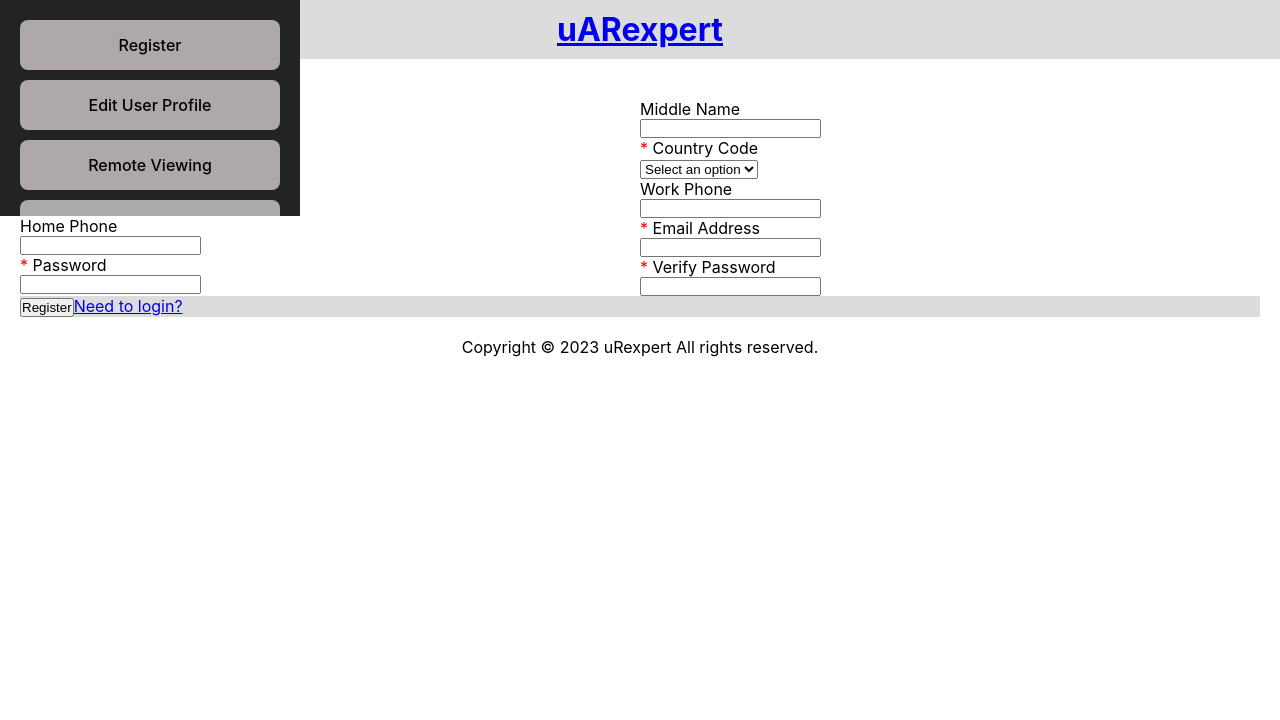
Repository: onionNguyen/Senior-Design-Project
Page: /register (app in frontend/)
An editor plug-in stored every save of this project. The page is shown before and after the next save, followed by the edit.
The browser window is 1280 px wide. The pictures show the whole page.
The page's requests for data from a server got no answer. The project was rebuilt for these pictures with package versions that can differ from the ones it lists, and the page was loaded fresh each time. No one was signed in, and anything a server would have sent is missing. Also part of the build but not shown: frontend/src/components/pages/edit-user-profile/EditProfile.module.css, frontend/src/components/pages/edit-user-profile/EditProfile.js, frontend/src/components/pages/login/Login.module.css, frontend/src/components/pages/login/Login.js, frontend/src/components/pages/home/Home.module.css, frontend/src/components/pages/error/Unauthorized.js, frontend/src/components/pages/home/Home.js, frontend/src/components/pages/error/NotFound.js and 2 more.

Above is the page before, as saved 2023-10-27 03:22:56.

### frontend/src/index.css
* {
  box-sizing: border-box;
  margin: 0;
  padding: 0;
}

body {
  font-family: -apple-system, BlinkMacSystemFont, "Segoe UI", "Roboto", "Oxygen",
    "Ubuntu", "Cantarell", "Fira Sans", "Droid Sans", "Helvetica Neue",
    sans-serif;
  -webkit-font-smoothing: antialiased;
  -moz-osx-font-smoothing: grayscale;
}

code {
  font-family: source-code-pro, Menlo, Monaco, Consolas, "Courier New",
    monospace;
}

### frontend/src/App.js
import { BrowserRouter as Router, Routes, Route } from "react-router-dom";
import EditProfile from "./components/pages/edit-user-profile/EditProfile";
import Login from "./components/pages/login/Login";
import Home from "./components/pages/home/Home";
import Register from "./components/pages/registration/Register";
import { AuthContext } from "./helpers/AuthContext";
import { useState, useEffect } from "react";
import axios from "axios";
import NotFound from "./components/pages/error/NotFound";
import Calendar from "./components/pages/calendar/Calendar";
import RemoteViewing from "./components/pages/remote-viewing/RemoteViewing";

function App() {
  const [authState, setAuthState] = useState({
    id: 0,
    name: "",
    email: "",
    status: false,
  });

  useEffect(() => {
    axios
      .get("http://localhost:5000/auth", {
        headers: {
          accessToken: localStorage.getItem("accessToken"),
        },
      })
      .then((response) => {
        console.log(response.data);
        if (response.data.error) {
          setAuthState({
            ...authState,
            status: false,
          });
        } else {
          setAuthState({
            id: response.data.id,
            name: response.data.name,
            email: response.data.email,
            status: true,
          });
        }
      });
  }, [authState]);

  return (
    <AuthContext.Provider value={{ authState, setAuthState }}>
      <Router>
        <Routes>
          <Route path="/" exact element={<Home />} />
          <Route path="/register" exact element={<Register />} />
          <Route path="/login" exact element={<Login />} />
          <Route path="/profile/edit" exact element={<EditProfile />} />
          <Route path="/calendar" exact element={<Calendar />} />
          <Route path="/remote-viewing" exact element={<RemoteViewing />} />
          <Route path="*" exact element={<NotFound />} />
        </Routes>
      </Router>
    </AuthContext.Provider>
  );
}

export default App;

### frontend/src/components/pages/registration/Register.js
import React, { useState, useEffect } from "react";
import { useNavigate } from "react-router-dom";
import axios from "axios";
import Footer from "../../footer/Footer";
import Header from "../../header/Header";
import SideNav from "../../sidenav/SideNav";
import Input from "../../form/Input";
import styles from "./Register.module.css";
import IndicatesRequired from "../../form/IndicatesRequired";
import MessageRibbon from "../../form/MessageRibbon";

const Register = () => {
  const navigate = useNavigate();

  const [formData, setFormData] = useState({
    first_name: "",
    middle_name: "",
    last_name: "",
    country_name: "",
    mobile_phone: "",
    work_phone: "",
    home_phone: "",
    email: "",
    password: "",
    verify_password: "",
  });

  const [errorMessages, setErrorMessages] = useState([]);

  const [countryCodes, setCountryCodes] = useState([]);

  useEffect(() => {
    axios
      .get("http://localhost:5000/countries")
      .then((response) => {
        setCountryCodes(response.data.countries);
      })
      .catch((error) => {
        console.error("Error fetching country codes:", error);
      });
  }, []);

  const handleInputChange = (event) => {
    const { name, value } = event.target;
    console.log(value);
    setFormData({ ...formData, [name]: value });
  };

  const isValidEmail = (email) => {
    const emailPattern = /^[a-zA-Z0-9._%+-]+@[a-zA-Z0-9.-]+\.[a-zA-Z]{2,}$/;
    return emailPattern.test(email);
  };

  const isValidPhoneNumber = (phoneNumber) => {
    const phonePattern = /^[0-9]{10}$/;
    return phonePattern.test(phoneNumber);
  };

  const handleSubmit = (event) => {
    event.preventDefault();
    console.log(formData);

    const errors = [];

    const fieldToLablesMap = {
      first_name: "First name",
      middle_name: "Middle name",
      last_name: "Last name",
      country_name: "Country code",
      mobile_phone: "Mobile phone",
      work_phone: "Work phone",
      home_phone: "Home phone",
      email: "Email address",
      password: "Password",
      verify_password: "Verify password",
    };

    // Validation for required fields
    const requiredFields = [
      "first_name",
      "last_name",
      "country_name",
      "mobile_phone",
      "email",
      "password",
      "verify_password",
    ];

    requiredFields.forEach((field) => {
      if (!formData[field]) {
        errors.push(`${fieldToLablesMap[field]} is required.`);
      }
    });

    // Validation for field lengths
    const fieldsToCheckLength = [
      "first_name",
      "middle_name",
      "last_name",
      "email",
      "password",
      "verify_password",
    ];
    fieldsToCheckLength.forEach((field) => {
      if (formData[field] && formData[field].length > 50) {
        errors.push(
          `${fieldToLablesMap[field]} must be 50 characters or less.`
        );
      }
    });

    // Validation for phone numbers (mobile, work, home)
    const phoneFields = ["mobile_phone", "work_phone", "home_phone"];
    phoneFields.forEach((field) => {
      if (
        formData[field] &&
        (formData[field].length > 10 || !isValidPhoneNumber(formData[field]))
      ) {
        errors.push(
          `${fieldToLablesMap[field]} must be 10 characters or less and valid.`
        );
      }
    });

    // Validation for email
    if (formData.email && !isValidEmail(formData.email)) {
      errors.push("Invalid email address.");
    }

    // Validation for password and verify_password
    if (formData.password !== formData.verify_password) {
      errors.push("Passwords do not match.");
    }

    console.log(errors);
    if (errors.length === 0) {
      axios
        .post("http://localhost:5000/register", formData)
        .then((response) => {
          console.log(response.data);
          navigate("/login");
        })
        .catch((error) => {
          console.error("Error registering user:", error);
        });
      setErrorMessages([]);
      setFormData({
        first_name: "",
        middle_name: "",
        last_name: "",
        country_name: "",
        mobile_phone: "",
        work_phone: "",
        home_phone: "",
        email: "",
        password: "",
        verify_password: "",
      });
    } else {
      setErrorMessages(errors);
    }
  };

  return (
    <div>
      <Header />
      <div className={styles["main-content"]}>
       <SideNav />
       <div className={styles["page-content"]}>
      <MessageRibbon messageList={errorMessages} />
      <IndicatesRequired />
      <form onSubmit={handleSubmit} noValidate>
        <div className={styles["form-container"]}>
          <div className={styles["form-sub-container"]}>
            <Input
              label={"First Name"}
              type={"text"}
              name={"first_name"}
              value={formData.first_name}
              onChange={handleInputChange}
              required={true}
            />
            <Input
              label={"Last Name"}
              type={"text"}
              name={"last_name"}
              value={formData.last_name}
              onChange={handleInputChange}
              required={true}
            />
            <Input
              label={"Mobile Phone"}
              type={"text"}
              name={"mobile_phone"}
              value={formData.mobile_phone}
              onChange={handleInputChange}
              required={true}
            />
            <Input
              label={"Home Phone"}
              type={"text"}
              name={"home_phone"}
              value={formData.home_phone}
              onChange={handleInputChange}
              required={false}
            />
            <Input
              label={"Password"}
              type={"password"}
              name={"password"}
              value={formData.password}
              onChange={handleInputChange}
              required={true}
            />
          </div>
          <div className={styles["form-sub-container"]}>
            <Input
              label={"Middle Name"}
              type={"text"}
              name={"middle_name"}
              value={formData.middle_name}
              onChange={handleInputChange}
              required={false}
            />
            <Input
              label={"Country Code"}
              type={"select"}
              name={"country_name"}
              value={formData.country_name}
              onChange={handleInputChange}
              required={true}
              countryCodes={countryCodes}
            />
            <Input
              label={"Work Phone"}
              type={"text"}
              name={"work_phone"}
              value={formData.work_phone}
              onChange={handleInputChange}
              required={false}
            />
            <Input
              label={"Email Address"}
              type={"email"}
              name={"email"}
              value={formData.email}
              onChange={handleInputChange}
              required={true}
            />
            <Input
              label={"Verify Password"}
              type={"password"}
              name={"verify_password"}
              value={formData.verify_password}
              onChange={handleInputChange}
              required={true}
            />
          </div>
        </div>
        <div className={styles["button-ribbon"]}>
          <button>Register</button>
          <a href="http://localhost:3000/login">Need to login?</a>
        </div>
      </form>
      </div>
    </div>
    <Footer />
  </div>
  );
};

export default Register;

### frontend/src/components/footer/Footer.js
import React from "react";
import styles from "./Footer.module.css";

const Footer = () => {
  return (
    <div className={styles["footer"]}>
      <p>Copyright &copy; 2023 uRexpert All rights reserved.</p>
    </div>
  );
};

export default Footer;

### frontend/src/components/header/Header.js
import React from "react";
import styles from "./Header.module.css";
import { useContext } from "react";
import { AuthContext } from "../../helpers/AuthContext";
import { useNavigate, Link } from "react-router-dom";

const Header = () => {
  const { authState, setAuthState } = useContext(AuthContext);
  const navigate = useNavigate();

  const logout = () => {
    localStorage.removeItem("accessToken");
    setAuthState({
      id: 0,
      name: "",
      email: "",
      status: false,
    });
    navigate("/login");
  };

  return (
    <div className={styles["header"]}>
      <Link to="/">
        <h1>uARexpert</h1>
      </Link>
      {authState.status && <h2>{authState.name}</h2>}
      {authState.status && <button onClick={logout}>Logout</button>}
    </div>
  );
};

export default Header;

### frontend/src/components/sidenav/SideNav.js
import React from "react";
import styles from "./SideNav.module.css";
import { Link } from 'react-router-dom';

const SideNav = (props) => {
  return (
    <div className={styles.sidenav}>
      <ul className={styles.listGroup}>
        <li className={styles.listItem}>
          <Link to="/register">Register</Link>
        </li>
        <li className={styles.listItem}>
          <Link to="/profile/edit">Edit User Profile</Link>
        </li>
        <li className={styles.listItem}>
          <Link to="/remote-viewing">Remote Viewing</Link>
        </li>
        <li className={styles.listItem}>
          <Link to="/calendar">Calendar</Link>
        </li>
      </ul>
    </div>
  );
};

export default SideNav;

### frontend/src/components/form/Input.js
import React from "react";
import styles from "./Form.module.css";

const Input = ({
  label,
  type,
  name,
  value,
  onChange,
  required,
  countryCodes,
}) => {
  return (
    <>
      <label className={styles["display-block"]} htmlFor={name}>
        {required && <span className={styles["required"]}>* </span>}
        {label}
      </label>
      {type === "select" && (
        <select
          name={name}
          id={name}
          value={value}
          onChange={(e) => onChange(e)}
          required={required}
        >
          <option value="" disabled hidden>
            Select an option
          </option>
          {countryCodes.map((countryCode, index) => (
            <option key={index} value={countryCode.name}>
              {countryCode.name} ({countryCode.code})
            </option>
          ))}
        </select>
      )}
      {(type === "text" || type === "email" || type === "password") && (
        <input
          className={styles["display-block"]}
          type={type}
          name={name}
          id={name}
          value={value}
          onChange={(e) => onChange(e)}
          required={required}
        />
      )}
    </>
  );
};

export default Input;

### frontend/src/components/form/IndicatesRequired.js
import React from "react";
import styles from "./Form.module.css";

const IndicatesRequired = () => {
  return (
    <div>
      <span className={styles["required"]}>* </span>
      <span>Indicates Required</span>
    </div>
  );
};

export default IndicatesRequired;

### frontend/src/components/form/MessageRibbon.js
import React from "react";

const MessageRibbon = ({ messageList }) => {
  return (
    <>
      <ul>
        {messageList.map((message, index) => {
          return <li key={index}>{message}</li>;
        })}
      </ul>
    </>
  );
};

export default MessageRibbon;

### frontend/src/components/pages/registration/Register.module.css
.form-container {
  display: flex;
}

.form-sub-container {
  width: 50%;
}

.button-ribbon {
  background-color: gainsboro;
}

.main-content {
  display: flex;
  flex-wrap: nowrap; /* Ensure that the items do not wrap */
}

.page-content {
  flex-grow: 1; /* This will allow it to take the remaining space */
  padding: 20px;
}

### frontend/src/components/header/Header.module.css
.header {
  display: flex;
  justify-content: center;
  align-items: center;
  background-color: gainsboro;
  padding: 10px 20px;
}

.left-aligned {
  display: flex;
  align-items: center;
}

#logo img {
  margin-right: 15px; /* Adjust as needed */
}

### frontend/src/components/sidenav/SideNav.module.css
.sidenav {
  height: 30vh;
  width: 300px; /* Fixed width to ensure uniform look across different screens */
  max-width: 80%; /* Ensure it doesn't consume too much space on smaller screens */
  z-index: 1;
  top: 0;
  left: 0;
  background-color: #232323; /* Darker color for contrast */
  transition: 0.5s ease;
  overflow-x: hidden;
  padding: 20px;
  display: flex;
  flex-direction: column;
  align-items: center;
  position: fixed;
  overflow-y: auto;
}

.listGroup {
  width: 100%;
  list-style-type: none;
  padding: 0;
}

.listItem {
  width: 100%;
  padding: 15px 10px;
  text-align: center;
  margin-bottom: 10px;
  border-radius: 8px; /* Added border radius */
  background-color: #ada9a8;
  transition: background-color 0.3s ease; /* Transition effect for hover */
}

.listItem:hover {
  background-color: #7a7675; /* Change color on hover */
}

.listItem a {
  text-decoration: none;
  color: black; /* Ensure text is black, change as per your preference */
  font-weight: 500; /* Slightly bolder font */
  transition: color 0.3s ease; /* Transition effect for hover */
}

.listItem a:hover {
  color: white; /* Change color on hover */
}

### frontend/src/components/form/Form.module.css
.display-block {
  display: block;
}

.required {
  color: red;
}

Loaded but not shown: frontend/public/index.html (common file); frontend/src/index.js (common file); frontend/src/reportWebVitals.js (common file); frontend/src/helpers/AuthContext.js (common file); frontend/src/components/footer/Footer.module.css (common file)

After the next save:
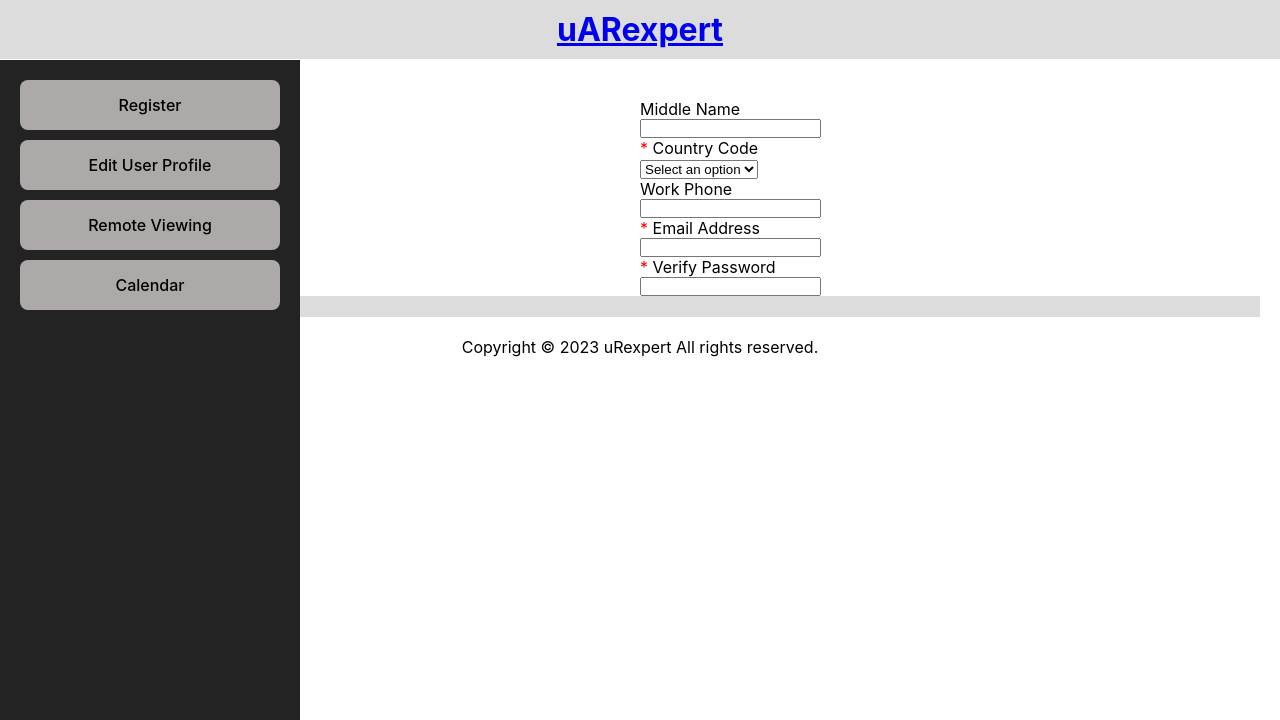
Saved 2 min 6 s later.
--- a/frontend/src/components/sidenav/SideNav.module.css
+++ b/frontend/src/components/sidenav/SideNav.module.css
@@ -1,9 +1,9 @@
 .sidenav {
-  height: 30vh;
+  height: calc(100vh - 60px);
   width: 300px; /* Fixed width to ensure uniform look across different screens */
   max-width: 80%; /* Ensure it doesn't consume too much space on smaller screens */
   z-index: 1;
-  top: 0;
+  top: 60px;
   left: 0;
   background-color: #232323; /* Darker color for contrast */
   transition: 0.5s ease;
